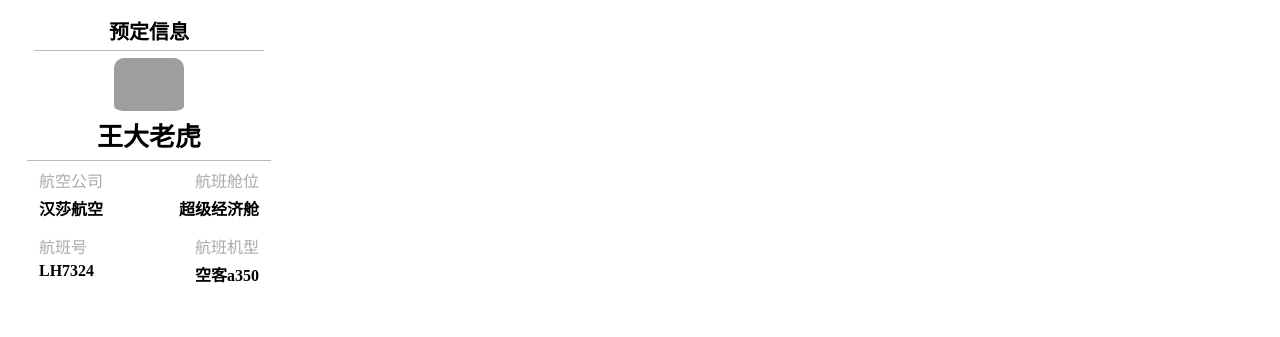
Repository: xzm1997/react-learning
Page: /
An editor plug-in stored every save of this project. The page is shown before and after the next save, followed by the edit.
The browser window is 1280 px wide. The pictures show the whole page.
Pictures or frames that could not be fetched are drawn as grey boxes. The project was rebuilt for these pictures with package versions that can differ from the ones it lists, and the page was loaded fresh each time.

Above is the page before, as saved 2023-01-31 11:11:17.

After the next save:
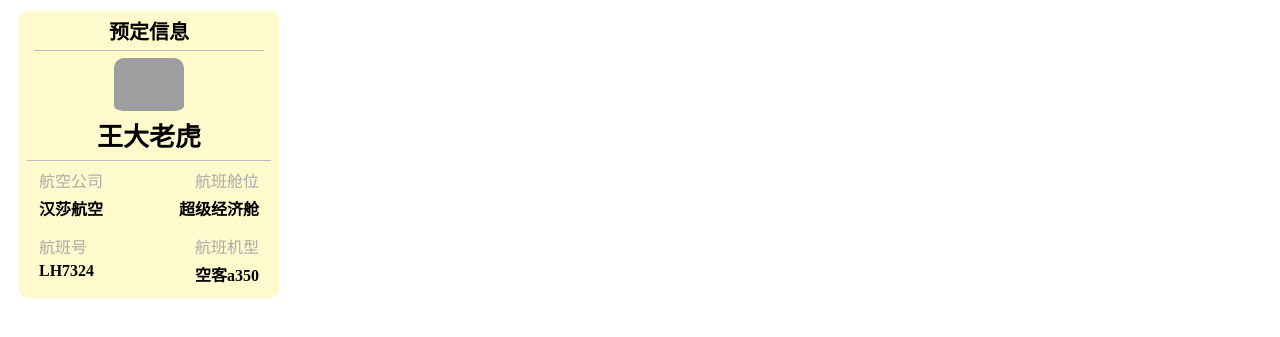
Saved 12 s later.
--- a/src/index.css
+++ b/src/index.css
@@ -1,6 +1,7 @@
 .contentDisplay {
   width: 250px;
   border: solid 1px #fff;
+  background: lemonchiffon;
   border-radius: 10px;
   padding:5px;
   margin: 10px;
